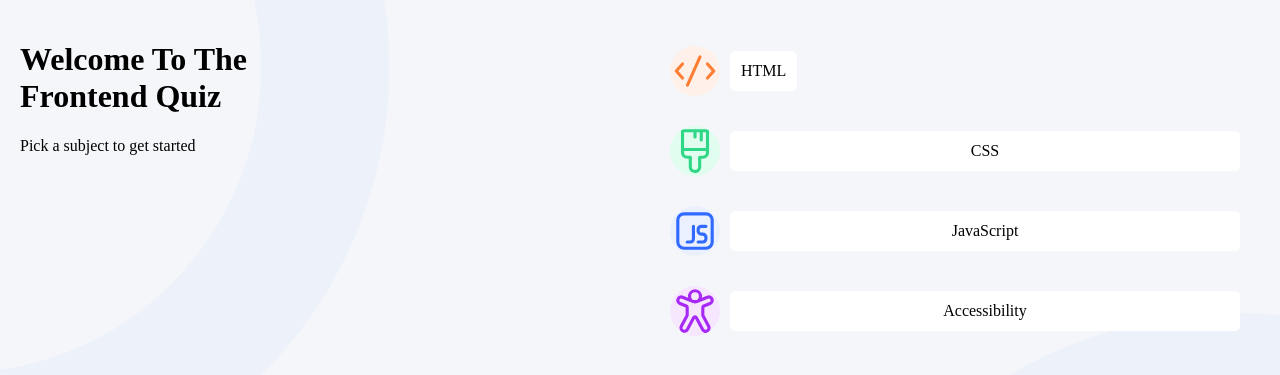
Repository: Daniel054311/Quiz-app-V1
Page: index.html
The author's editor kept a copy of each file at every save. The page is drawn from the files as they stood at one save, then again after the next save.
The browser window is 1280 px wide. The pictures show the whole page.

Above is the page before, as saved 2024-01-28 15:17:53.

### index.html
<!DOCTYPE html>
<html lang="en">
<head>
    <meta charset="UTF-8">
    <meta name="viewport" content="width=device-width, initial-scale=1.0">
    <title>Document</title>
    <link rel="stylesheet" type="text/css" href="./asset/css/index.css">
</head>
<body>
    <div class="parent-container">
        <div class="left-container">
         <h1>Welcome To The <br><b>Frontend Quiz</b></h1>
         <p>Pick a subject to get started</p>

        </div>
        <div class="right-container">
            <div class="navigation">
                <ul>
                  <li class="image-item">
                    <img class="image" src="./asset/images/icon-html.svg" alt="" style="background-color: #fff1E9">
                <div class=",content"><a href="#html">HTML</a></div>
                </li>
                  <li class="image-item">
                    <img class= "image" src="./asset/images/icon-css.svg"  alt="" style="background-color: #E0FDEF">
                <div class="content"><a href="#css">CSS</a></div>
                </li>
                  <li class="image-item">
                    <img class= "image" src="./asset/images/icon-js.svg" alt="" style="background-color: #EBF0FF">
                <div class="content"><a href="#javascript">JavaScript</a></div>
                </li>
                  <li class="image-item">
                    <img class= "image" src="./asset/images/icon-accessibility.svg" alt="" style= "background-color: #F6E7FF">
                    <div class="content"><a href="#accessibility">Accessibility</a></div>
                </li>
                </ul>
              </div>
        </div>









    </div>

</body>
</html>

### asset/css/index.css
body {
    margin: 0;
    display: flex;
    align-items: center;
    justify-content: center;
    height: 100vh;
  }

  .parent-container {
    display: flex;
    flex-direction:row;
    width: 100%;
    height:100%;
    background-image:url("../images/pattern-background-desktop-light.svg");
    background-size: cover;
    background-color:#f4f6fA;

  }

  .left-container {
    flex: 1;
    padding: 20px;
    text-align:left;/* Add a border between left and right containers */
  }

  .right-container {
    flex: 1;
    padding: 20px;
    text-align:right;
    display:flex;
    flex-direction:column;
  }

  .navigation ul {
    list-style: none;
    padding: 0;
    display: flex;
    flex-direction: column;
  }

  .navigation li {
    margin-right: 10px;
    margin-bottom: 10px;
    text-align: center;
    justify-content:
     /* Add space between buttons */
  }

  .navigation a {
    display: block;
    padding: 10px;
    text-decoration: none;
    color: #000000;
    background-color: #ffffff;
    border: 1px solid #ffffff;
    border-radius: 5px;
  }

.image-item {
    display: flex;
    align-items: center;
    margin-bottom: 10px; /* Add spacing between items */
    padding: 10px;
    background-color: var(--bg-color);
    border-radius: 10px; /* Adjust border radius as needed */
  }

  .image {
    width: 50px; /* Adjust image width as needed */
    height: 50px; /* Adjust image height as needed */
    border-radius: 50%; /* Make the image circular, or adjust as needed */
    margin-right: 10px;
  }

  .content {
    flex: 1; /* Allow content to fill remaining space */
  }



  /* .header.h1 {
    text-align: center;
    font-weight: 500;
    font-size:25px;

  }
   */
  /* .user-controls {
    /* Add styles for user controls if needed */
  /* }

  .navigation {
    text-align: center;
  }

  .navigation ul {
    list-style: none;
    padding: 0;
    flex-direction: column;
    align-items:center
  }

  .navigation li {
    margin-bottom: 10px;
  }
   */



  /* .navigation a:hover {
    background-color: #ddd;
  } */

After the next save:
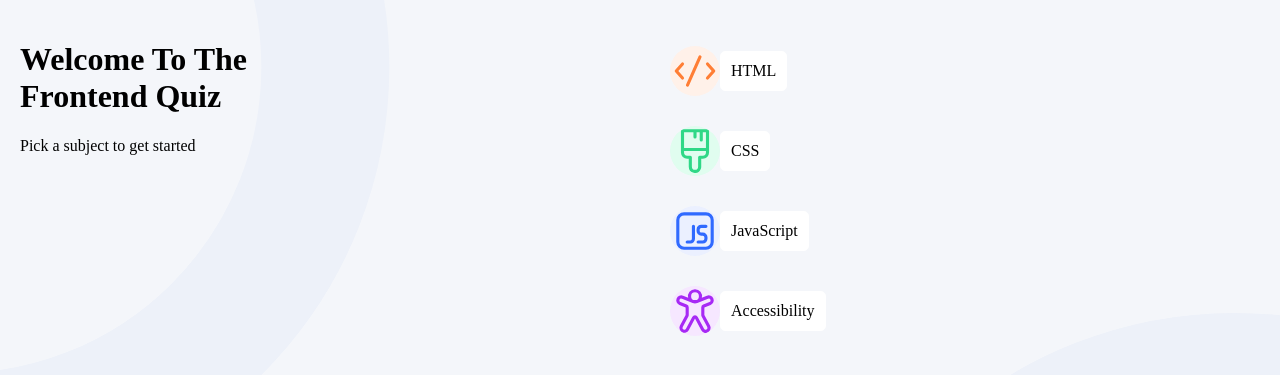
Saved 7 s later.
--- a/asset/css/index.css
+++ b/asset/css/index.css
@@ -68,7 +68,7 @@
   .image {
     width: 50px; /* Adjust image width as needed */
     height: 50px; /* Adjust image height as needed */
-    border-radius: 50%; /* Make the image circular, or adjust as needed */
+    border-radius: 50%; /* Make the image cir
     margin-right: 10px;
   }
 

After the save that followed:
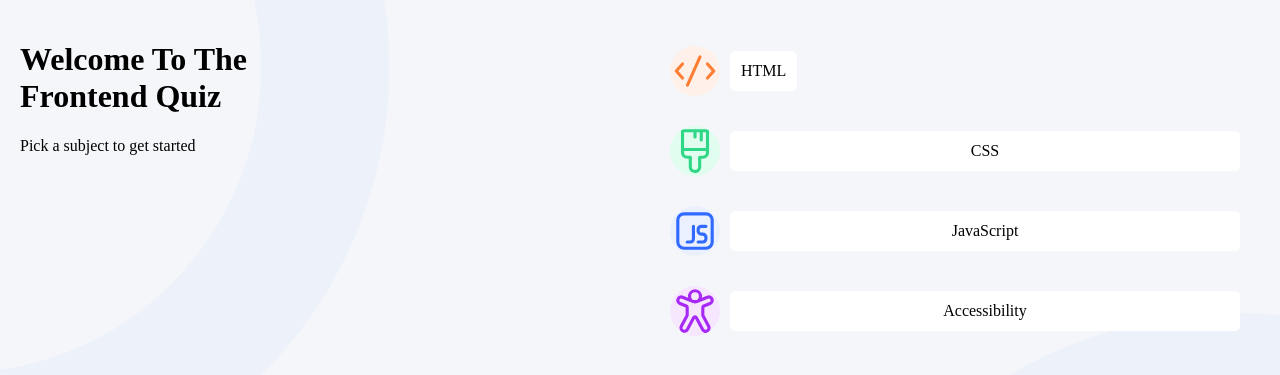
Saved 5 s later.
--- a/asset/css/index.css
+++ b/asset/css/index.css
@@ -68,7 +68,7 @@
   .image {
     width: 50px; /* Adjust image width as needed */
     height: 50px; /* Adjust image height as needed */
-    border-radius: 50%; /* Make the image cir
+    border-radius: 50%;
     margin-right: 10px;
   }
 
